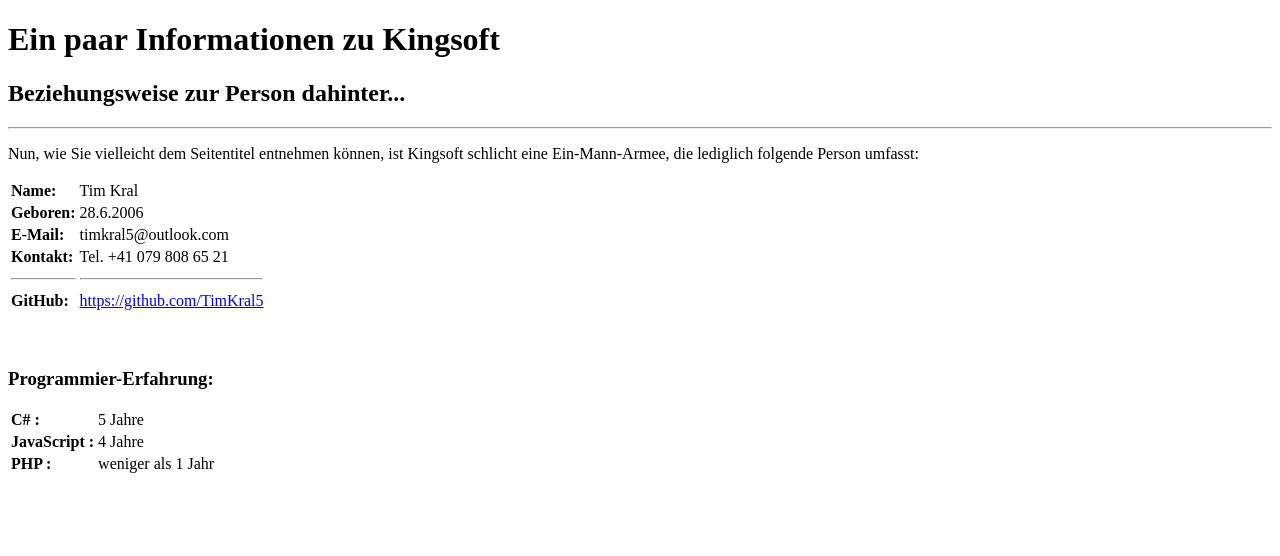
Repository: TimKral5/WikiPage
Page: Homepage/pages/about/about.htm
An editor plug-in stored every save of this project. The page is shown before and after the next save, followed by the edit.
The browser window is 1280 px wide. The pictures show the whole page.

Above is the page before, as saved 2022-11-10 23:19:44.

After the next save:
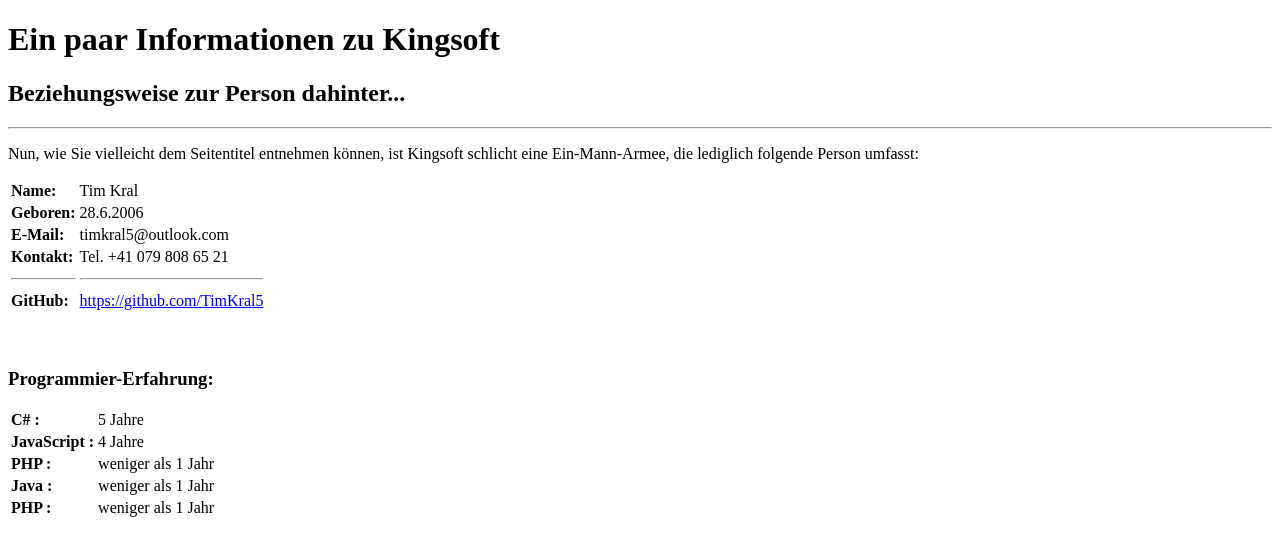
Saved 16 s later.
--- a/Homepage/pages/about/about.htm
+++ b/Homepage/pages/about/about.htm
@@ -59,6 +59,14 @@
             <td><b>PHP :</b></td>
             <td> weniger als 1 Jahr</td>
         </tr>
+        <tr>
+            <td><b>Java :</b></td>
+            <td> weniger als 1 Jahr</td>
+        </tr>
+        <tr>
+            <td><b>PHP :</b></td>
+            <td> weniger als 1 Jahr</td>
+        </tr>
     </table>
 </body>
 
